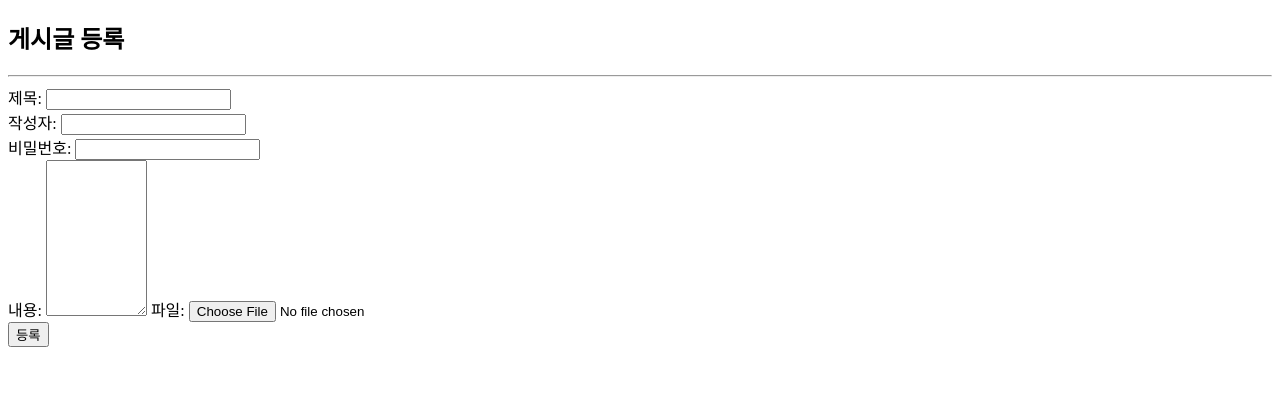
Repository: sagek23/Java-Training
Page: http://localhost/bbs/insertBbs.jsp
The author's editor kept a copy of each file at every save. The page is drawn from the files as they stood at one save, then again after the next save.
The browser window is 1280 px wide. The pictures show the whole page.
The page is served by Tomcat 9.

Above is the page before, as saved 2019-08-02 01:15:41.

After the next save:
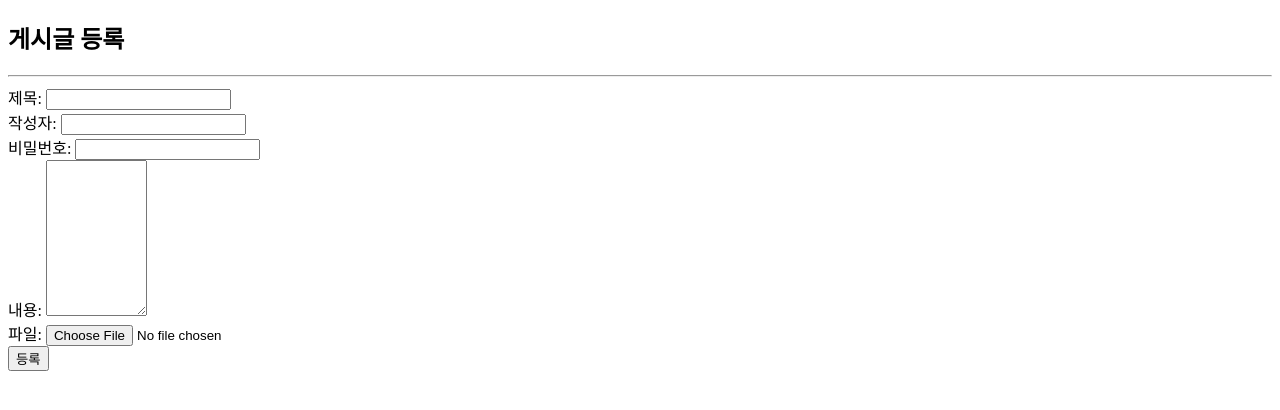
Saved 100 s later.
--- a/0801/bbs/WebContent/insertBbs.jsp
+++ b/0801/bbs/WebContent/insertBbs.jsp
@@ -13,7 +13,7 @@
 	제목: <input type="text" name="title"><br>
 	작성자: <input type="text" name="writer"><br>
 	비밀번호: <input type="password" name="pwd"><br>
-	내용: <textarea rows="10" cols="10" name="content"></textarea>
+	내용: <textarea rows="10" cols="10" name="content"></textarea><br>
 	파일: <input type="file"	name="fname"><br>
 	<input type="submit" value="등록">
 	</form>
